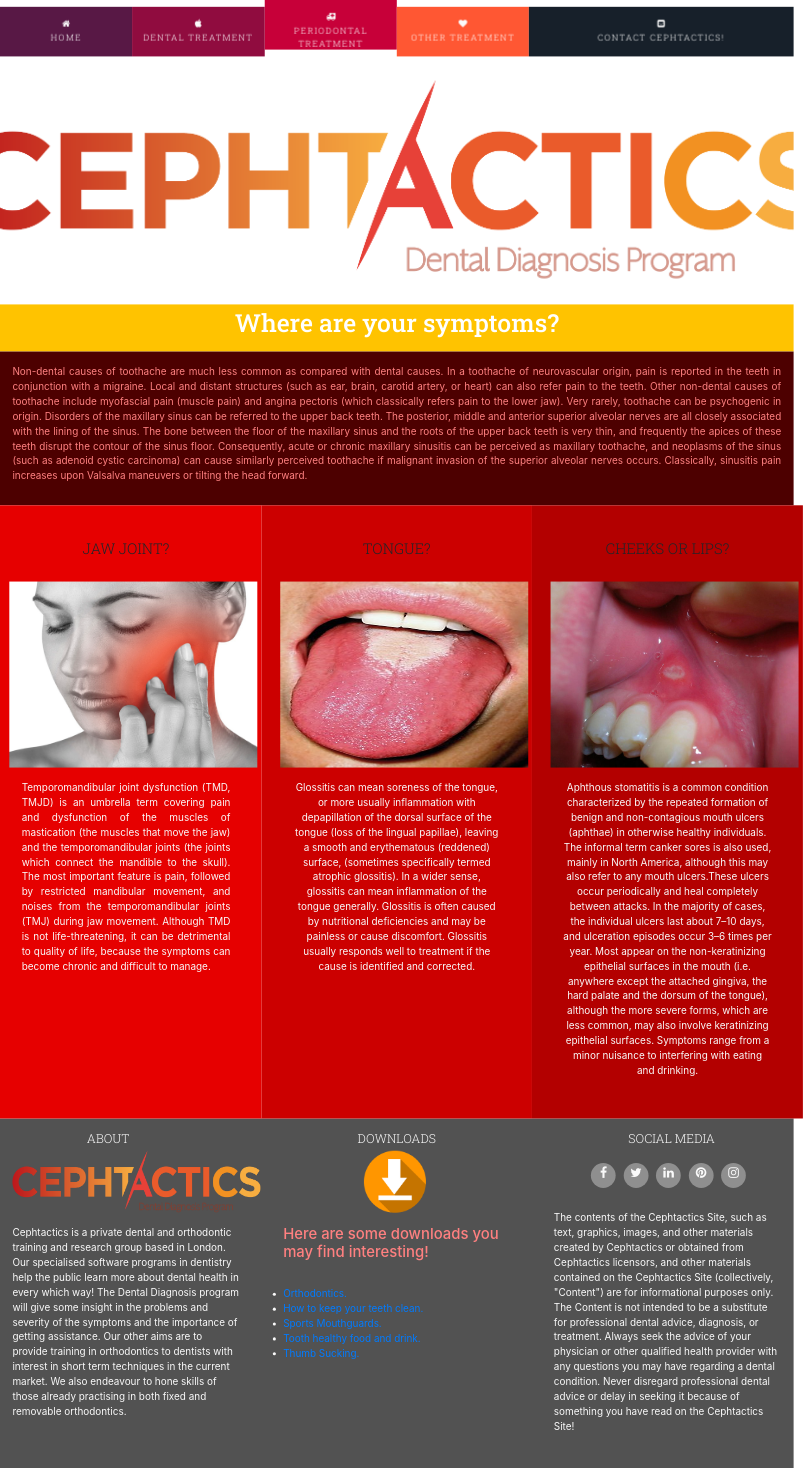
Repository: Code-Institute-Submissions/Rajjabbal-milestone-project
Page: 3other.html
The author's editor kept a record of every edit. The page is drawn from the files as they stood at one moment, then again after the next edit.
The browser window is 1280 px wide. The page is 1295 px wide, so the pictures cover 1295 px, including what lies to the right of the window. The pictures show the whole page, at 62% of full size.
Some web libraries are served in a nearby version.

Above is the page before.

### 3other.html
<!DOCTYPE html>
<html lang="en">

<head>
    <meta charset="UTF-8">
    <meta name="viewport" content="width=device-width, initial-scale=1.0">
    <meta http-equiv="X-UA-Compatible" content="ie=edge">
    <link rel="stylesheet" href="https://stackpath.bootstrapcdn.com/bootstrap/4.2.1/css/bootstrap.min.css" type="text/css" />
    <link rel="stylesheet" href="https://stackpath.bootstrapcdn.com/font-awesome/4.7.0/css/font-awesome.min.css" type="text/css" />
    <link rel="stylesheet" href="assets/css/style.css" type="text/css" />
    <link rel="stylesheet" href="https://cdnjs.cloudflare.com/ajax/libs/hover.css/2.3.1/css/hover-min.css" type="text/css" />
    <title>Milestone Project 1</title>
</head>

<body>
    <header>
        <div class="row no-gutters">
            <div class="col-md-12">
                <ul id="nav" class="list-inline menucontainer">
                    <li class="col-sm-2 ui-menu-color-home list-inline-item menuitem">
                        <a href="index.html" class="hvr-sweep-to-bottom"><i class="fa fa-home" aria-hidden="true"></i><span>Home</span>
                        </a>
                    </li>
                    <li class="col-sm-2 ui-menu-color-dental list-inline-item menuitem">
                        <a href="1dental.html" class="hvr-sweep-to-bottom"><i class="fa fa-apple" aria-hidden="true"></i><span>Dental Treatment</span>
                        </a>
                    </li>
                    <li class="col-sm-2 ui-menu-color-periodontal list-inline-item menuitem">
                        <a href="2periodontal.html" class="hvr-sweep-to-bottom"><i class="fa fa-ambulance" aria-hidden="true"></i><span>Periodontal Treatment</span>
                        </a>
                    </li>
                    <li class="col-sm-2 ui-menu-color-other list-inline-item menuitem">
                        <a href="3other.html" class="hvr-sweep-to-bottom"><i class="fa fa-heart" aria-hidden="true"></i><span>Other Treatment</span>
                        </a>
                    </li>
                    <li class="col-sm-4 ui-menu-color-contact list-inline-item menuitem">
                        <a href="4contact.html" class="hvr-sweep-to-bottom"><i class="fa fa-envelope-square" aria-hidden="true"></i><span>Contact Cephtactics!</span>
                        </a>
                    </li>
                </ul>
            </div>
        </div>
        <div class="row no-gutters">
            <a href="index.html" class="col-md-12 logo"></a>
        </div>
        <div class="row no-gutters bg-color-question">
            <div class="col-md-12 question">
                <p> Where are your symptoms?</p>
            </div>
        </div>

    </header>

    <section class="container-fluid">
        <div class="blurb">
            <p align="justify">Non-dental causes of toothache are much less common as compared with dental causes. In a toothache of neurovascular origin, pain is reported in the teeth in conjunction with a migraine. Local and distant structures (such as ear, brain, carotid
                artery, or heart) can also refer pain to the teeth. Other non-dental causes of toothache include myofascial pain (muscle pain) and angina pectoris (which classically refers pain to the lower jaw). Very rarely, toothache can be psychogenic
                in origin. Disorders of the maxillary sinus can be referred to the upper back teeth. The posterior, middle and anterior superior alveolar nerves are all closely associated with the lining of the sinus. The bone between the floor of the
                maxillary sinus and the roots of the upper back teeth is very thin, and frequently the apices of these teeth disrupt the contour of the sinus floor. Consequently, acute or chronic maxillary sinusitis can be perceived as maxillary toothache,
                and neoplasms of the sinus (such as adenoid cystic carcinoma) can cause similarly perceived toothache if malignant invasion of the superior alveolar nerves occurs. Classically, sinusitis pain increases upon Valsalva maneuvers or tilting
                the head forward.
            </p>
        </div>

        <div class="row">
            <div class="col-md-4 bg-color-dental section-column">
                <h4 class="section-heading uppercase">Jaw Joint?</h4>
                <img src="./assets/images/4other1.jpg" alt="Italian Trulli" style="width:400px; height:300px;">
                <p class="inline-block" align="justify">Temporomandibular joint dysfunction (TMD, TMJD) is an umbrella term covering pain and dysfunction of the muscles of mastication (the muscles that move the jaw) and the temporomandibular joints (the joints which connect the mandible to
                    the skull). The most important feature is pain, followed by restricted mandibular movement, and noises from the temporomandibular joints (TMJ) during jaw movement. Although TMD is not life-threatening, it can be detrimental to quality
                    of life, because the symptoms can become chronic and difficult to manage.</p>
            </div>
            <div class="col-md-4 bg-color-periodontal section-column">
                <h4 class="section-heading uppercase">Tongue?</h4>
                <img src="./assets/images/4other2.jpg" alt="Italian Trulli" style="width:400px; height:300px;">
                <p class="inline-block" align="jusitfy">Glossitis can mean soreness of the tongue, or more usually inflammation with depapillation of the dorsal surface of the tongue (loss of the lingual papillae), leaving a smooth and erythematous (reddened) surface, (sometimes specifically
                    termed atrophic glossitis). In a wider sense, glossitis can mean inflammation of the tongue generally. Glossitis is often caused by nutritional deficiencies and may be painless or cause discomfort. Glossitis usually responds well to
                    treatment if the cause is identified and corrected.</p>
            </div>
            <div class="col-md-4 bg-color-other section-column">
                <h4 class="section-heading uppercase">Cheeks or lips?</h4>
                <img src="./assets/images/4other3.jpg" alt="Italian Trulli" style="width:400px; height:300px;">
                <p class="inline-block">Aphthous stomatitis is a common condition characterized by the repeated formation of benign and non-contagious mouth ulcers (aphthae) in otherwise healthy individuals. The informal term canker sores is also used, mainly in North America,
                    although this may also refer to any mouth ulcers.These ulcers occur periodically and heal completely between attacks. In the majority of cases, the individual ulcers last about 7–10 days, and ulceration episodes occur 3–6 times per
                    year. Most appear on the non-keratinizing epithelial surfaces in the mouth (i.e. anywhere except the attached gingiva, the hard palate and the dorsum of the tongue), although the more severe forms, which are less common, may also involve
                    keratinizing epithelial surfaces. Symptoms range from a minor nuisance to interfering with eating and drinking.</p>
            </div>
        </div>

    </section>

    <footer class="container-fluid">
        <div class="row">
            <div class="col-sm-4">
                <h5 class="uppercase general-sub">About</h5>
                <div class="cephtactics">
                <img src="./assets/images/CEP-Logo DENTAL.png" alt="Italian Trulli" style="width:400px; height:100px;">
                </div>
                <p class="inline-block">
                    Cephtactics is a private dental and orthodontic training and research group based in London. Our specialised software programs in dentistry help the public learn more about dental health in every which way! The Dental Diagnosis program will give some
                    insight in the problems and severity of the symptoms and the importance of getting assistance. Our other aims are to provide training in orthodontics to dentists with interest in short term techniques in the current market. We also
                    endeavour to hone skills of those already practising in both fixed and removable orthodontics.
                </p>
            </div>
            <div class="col-sm-4">
                <h5 class="uppercase general-sub">Downloads</h5>
                <div class="download-pic">
                <img src="./assets/images/Download.jpg" alt="Italian Trulli" style="width:100px; height:100px;">
                </div>
                <h4 class="download">Here are some downloads you may find interesting!
                </h4>
                <ul class="inline-block">
                    <li>
                        <a href="https://view.publitas.com/british-orthodontic-society/orthotreatmentfebruary2019/page/1" target="_blank" class="link1">
                        <span>Orthodontics.</span>
                    </a>
                    </li>
                    <li>
                        <a href="https://view.publitas.com/british-orthodontic-society/oralhealthmarch2019/page/1" target="_blank" class="link2">
                        <span>How to keep your teeth clean.</span>
                    </a>
                    </li>
                    <li>
                        <a href="https://view.publitas.com/british-orthodontic-society/mouthguardsmarch2019/page/1" target="_blank" class="link3">
                        <span>Sports Mouthguards.</span>
                    </a>
                    </li>
                    <li>
                        <a href="https://view.publitas.com/british-orthodontic-society/food-and-drinkmarch2019/page/1" target="_blank" class="link4">
                        <span>Tooth healthy food and drink.</span>
                    </a>
                    </li>
                    <li>
                        <a href="https://view.publitas.com/british-orthodontic-society/digitsmarch2019/page/1" target="_blank" class="link5">
                        <span>Thumb Sucking.</span>
                    </a>
                    </li>
                </ul>
            </div>
            <div class="col-sm-4">
                <h5 class="uppercase general-sub">Social Media</h5>
                <ul class="list-inline social-links">
                    <li class="list-inline-item">
                        <a target="_blank" href="#">
                            <i class="fa fa-facebook" aria-hidden="true"></i>
                            <span class="sr-only">Facebook</span>
                        </a>
                    </li>
                    <li class="list-inline-item">
                        <a target="_blank" href="#">
                            <i class="fa fa-twitter" aria-hidden="true"></i>
                            <span class="sr-only">Twitter</span>
                        </a>
                    </li>
                    <li class="list-inline-item">
                        <a target="_blank" href="#">
                            <i class="fa fa-linkedin" aria-hidden="true"></i>
                            <span class="sr-only">Linkedin</span>
                        </a>
                    </li>
                    <li class="list-inline-item">
                        <a target="_blank" href="#">
                            <i class="fa fa-pinterest" aria-hidden="true"></i>
                            <span class="sr-only">Pinterest</span>
                        </a>
                    </li>
                    <li class="list-inline-item">
                        <a target="_blank" href="#">
                            <i class="fa fa-instagram" aria-hidden="true"></i>
                            <span class="sr-only">Instagram</span>
                        </a>
                    </li>
                </ul>
                <p class="inline-block">The contents of the Cephtactics Site, such as text, graphics, images, and other materials created by Cephtactics or obtained from Cephtactics licensors, and other materials contained on the Cephtactics Site (collectively, "Content") are
                    for informational purposes only. The Content is not intended to be a substitute for professional dental advice, diagnosis, or treatment. Always seek the advice of your physician or other qualified health provider with any questions
                    you may have regarding a dental condition. Never disregard professional dental advice or delay in seeking it because of something you have read on the Cephtactics Site!</p>
            </div>

        </div>

    </footer>

</body>

</html>

### assets/css/style.css
@import url('https://fonts.googleapis.com/css?family=Roboto+Slab:100,200,300,400,500,600,700');

/*-----colors-----*/

.bg-color-question {
    background-color: #FFC300;

}

.ui-menu-color-home {
    background-color: RGB(88, 24, 69);
}

.ui-menu-color-dental {
    background-color: RGB(144, 12, 63);
}

.ui-menu-color-periodontal {
    background-color: RGB(199, 0, 57);
}

.ui-menu-color-other {
    background-color: RGB(255, 87, 51);
}

.ui-menu-color-contact {
    background-color: RGB(23, 32, 42);
}

.bg-color-dental {
    background-color: #e60000;
}
.bg-color-periodontal {
    background-color: #cc0000;
}
.bg-color-other {
    background-color: #b30000;
}

/*-----Special paddings/margins/text-----*/

h1,
h2,
h3,
h4 {
    margin: 0;
}

.uppercase {
    text-transform: uppercase;

}

.general-sub {
    font-family: "Roboto Slab", sans-serif;
    font-weight: 300;
    color: #fafafa;
    padding-left: 140px;
}

.inline-block {
    display: inline-block;
}

.row-table {
    display: table;
}

.section-column {
    display: table-cell;
    padding: 30px 30px;
    float: none;
}

.section-heading {
    font-family: "Roboto Slab", sans-serif;
    font-weight: 300;
    margin-top: 25px;
    margin-bottom: 40px;
}

/*-----heading-----*/

header {
    margin: 0px;
}


.list-inline-item {
    max-height: 80px;
    padding-top: 20px;


}

.menucontainer {
    font-size: 0;

}

#nav {
    margin: 0;
}

#nav li {
    font-size: 14px;
    font-family: "Roboto Slab", sans-serif;
    color: #DAF7A6;
    padding: 0px;
    margin: 0px;
}

.menuitem {
    height: 80px;
    text-align: center;


}

.menuitem a {
    width: 100%;
    text-decoration: none;
    color: #fff;

}

.menuitem a i {
    padding-top: 20px;
    display: block;
    color: #fafafa;

}

.menuitem span {
    display: block;
    width: 100%;
    padding-top: 5px;
    text-align: center;
    text-transform: uppercase;
    font-size: 14px;
    font-weight: 300;
    letter-spacing: 2px;

}



.logo {
    background: url("../images/CEP-Logo DENTAL.png");
    background-position: center;
    background-repeat: no-repeat;
    background-size: 1400px;
    min-height: 400px;
    padding: 0px;
    transition: all .5s ease-in-out;
    -moz-transition: all .5s ease-in-out;
    -webkit-transition: all .5s ease-in-out;
}

.picture {
    background: url("../images/BK.jpg");
    background-position: center;
    background-repeat: no-repeat;
    background-size: cover;
    min-height: 240px;
    transition: all .5s ease-in-out;
    -moz-transition: .5s ease-in-out;
    -webkit-transition: .5s ease-in-out;
}

.question {
    font-family: "Roboto Slab", sans-serif;
    font-weight: 500;
    font-size: 40px;
    margin: 0px;
    color: #ffffff;
    text-align: center;
}

/*-----hover.css-----*/

.hvr-sweep-to-bottom:before {
    background: rgba(0, 0, 0, 1);
    height: 80px;
    padding: 0px;
}

/*-----section-----*/

.container-fluid {
    padding-left: 0px;
    padding-right: 0px;
}

.blurb {
    background-color: #4d0000;
    min-height: 200px;
    padding: 20px;
    color: #ff8080;

}

.section-column {
    text-align: center
}

.form {
    padding: 50px;
}

.query-box {
    background-color: RGB(255, 87, 51);
}

#textboxid
{
    height:200px;
    width: 800px;

}

/*-----footer-----*/

footer {
    padding: 20px;
    background-color: #525252;
    color: #fafafa;
    min-height: 180px;
    margin: 0;
}

.cephtactics {
    padding-left: 20px;
}

.inline-block {
    padding: 20px;
    color: #fafafa;
}

.download {
    padding: 20px;
    color: #ff8080;
}

.download-pic {
    padding-left: 150px;
}

.social-links {
    padding-top: 0px;
    padding-left: 80px;
}

.social-links li a i {
    width: 40px;
    height: 40px;
    padding: 12px 0;
    border-radius: 50%;
    font-size: 20px;
    line-height: 7px;
    text-align: center;
    color: #fafafa;
    background: #8f8f8f;
    transition: all 0.35s ease-in-out;
    -moz-transition: all 0.35s ease-in-out;
    -webkit-transition: all 0.35s ease-in-out;
    -o-transition: all 0.35s ease-in-out;
}

.social-links li a i:hover {
    background: #e84610;
}

#footer-details {
    padding: 20px;
}

After the next edit:
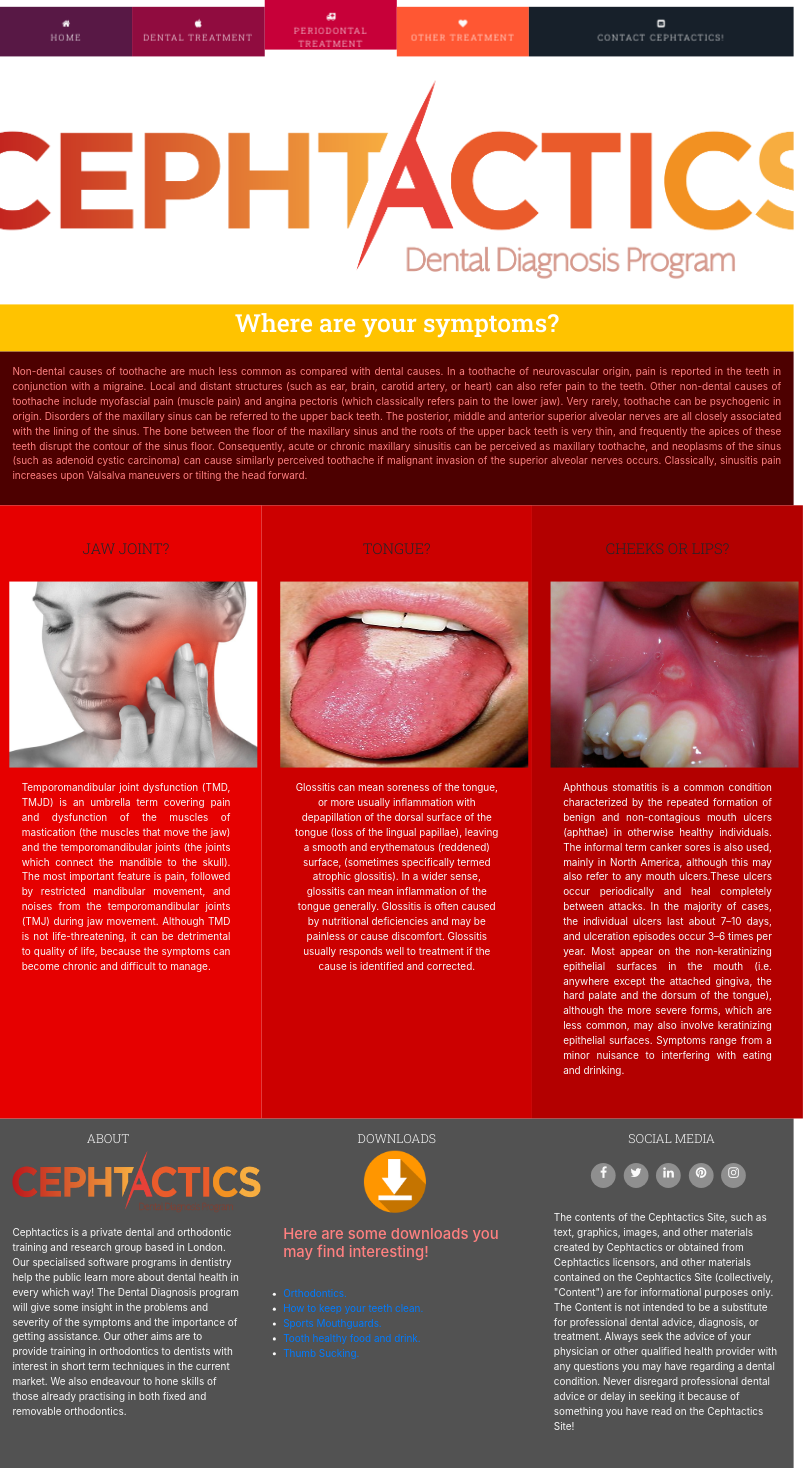
The edit:
--- a/3other.html
+++ b/3other.html
@@ -80,7 +80,7 @@
             <div class="col-md-4 bg-color-other section-column">
                 <h4 class="section-heading uppercase">Cheeks or lips?</h4>
                 <img src="./assets/images/4other3.jpg" alt="Italian Trulli" style="width:400px; height:300px;">
-                <p class="inline-block">Aphthous stomatitis is a common condition characterized by the repeated formation of benign and non-contagious mouth ulcers (aphthae) in otherwise healthy individuals. The informal term canker sores is also used, mainly in North America,
+                <p class="inline-block" align="justify">Aphthous stomatitis is a common condition characterized by the repeated formation of benign and non-contagious mouth ulcers (aphthae) in otherwise healthy individuals. The informal term canker sores is also used, mainly in North America,
                     although this may also refer to any mouth ulcers.These ulcers occur periodically and heal completely between attacks. In the majority of cases, the individual ulcers last about 7–10 days, and ulceration episodes occur 3–6 times per
                     year. Most appear on the non-keratinizing epithelial surfaces in the mouth (i.e. anywhere except the attached gingiva, the hard palate and the dorsum of the tongue), although the more severe forms, which are less common, may also involve
                     keratinizing epithelial surfaces. Symptoms range from a minor nuisance to interfering with eating and drinking.</p>
